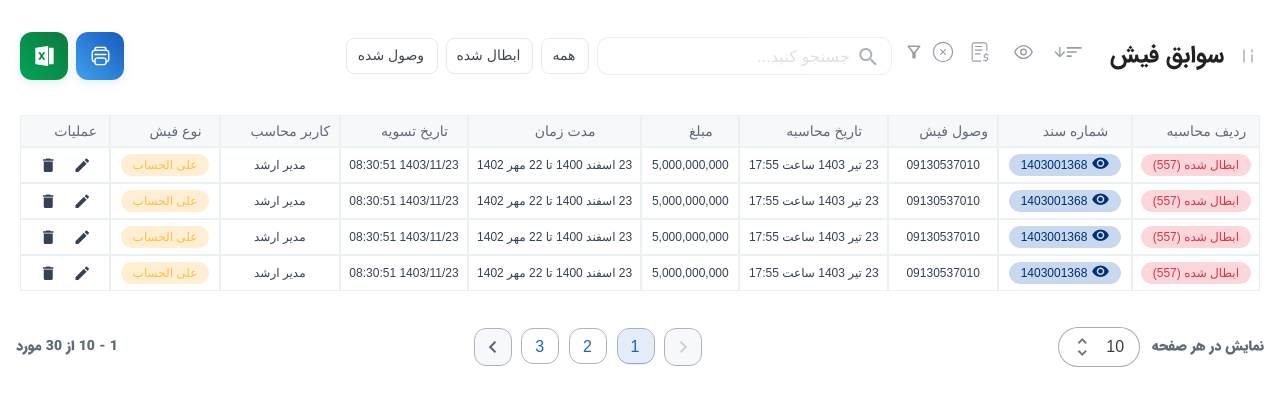
Repository: mobinazarein/data-table
Page: /
These files come from the project's save history. The page is drawn as it stood at one moment and after the next save; the edit follows.
The browser window is 1280 px wide. The pictures show the whole page.
Some web fonts or font styles are not loaded; a fallback is used. The project was rebuilt for these pictures with package versions that can differ from the ones it lists, and the page was loaded fresh each time. Also part of the build but not shown: vue.config.js.

Above is the page before, as saved 2025-03-26 11:43:48.

### public/index.html
<!DOCTYPE html>
<html lang="en" dir="rtl">
  <head>
    <meta charset="utf-8">
    <meta http-equiv="X-UA-Compatible" content="IE=edge">
    <meta name="viewport" content="width=device-width,initial-scale=1.0">
    <link rel="icon" href="<%= BASE_URL %>favicon.ico">
    <title><%= htmlWebpackPlugin.options.title %></title>
  </head>
  <body>
    <noscript>
      <strong>We're sorry but <%= htmlWebpackPlugin.options.title %> doesn't
        work properly without JavaScript enabled. Please enable it to
        continue.</strong>
    </noscript>
    <div id="app"></div>
    <!-- built files will be auto injected -->
  </body>
</html>

### src/App.vue
<template>
  <v-app dir="rtl">
    <v-locale-provider :rtl="true">
      <div dir="rtl">
        <DataTable :headers="pageData.headers" :items="pageData.items" :showExportButtons="true" :itemsPerPage="20"
          :showSearchBtn="true" :items-per-page="10" :customStyles="[
            { key: 'row', bgColor: '#FFEEF0', textColor: '#DC3545' },
            { key: 'documentNumber', bgColor: '#E4EFFF', textColor: '#013075', icon: 'mdi-eye', iconColor: '#013075', iconSize: '18px' },
            { key: 'receiptType', bgColor: '#FFBE4C26', textColor: '#FFBE4C' }
          ]" title="سوابق فیش" :iconComponent="PauseIcon"
          :iconList="[PaginationIcon, EyeIcon, InvoiceIcon, CircleCross, FilterIcon]"
          :mobileIconList="[PaginationIcon, EyeIcon, InvoiceIcon, CircleCross, FilterIcon, PrinterIcon, ExcelIcon]"
          :buttons="pageData.buttonList" :mobileFilterButtons="pageData.mobileBtn" :actions="actions" />
      </div>
    </v-locale-provider>
  </v-app>
</template>

<script setup>
import DataTable from './components/DataTable.vue';
import PauseIcon from './assets/Icons/PauseIcon.vue';
import PaginationIcon from '@/assets/Icons/PaginationIcon.vue';
import EyeIcon from '@/assets/Icons/EyeIcon.vue';
import InvoiceIcon from '@/assets/Icons/InvoiceIcon.vue';
import CircleCross from '@/assets/Icons/CircleCross.vue';
import FilterIcon from '@/assets/Icons/FilterIcon.vue';
import PrinterIcon from '@/assets/Icons/PrinterIcon.vue';
import ExcelIcon from '@/assets/Icons/ExcelIcon.vue';
import { ref } from 'vue';
const pageData = ref({
  headers: [
    { title: 'ردیف محاسبه', key: 'row', align: 'center', sortable: true, width: '121px' },
    { title: 'شماره سند', key: 'documentNumber', align: 'center', sortable: true, width: '165px' },
    { title: 'وصول فیش', key: 'receiptStatus', align: 'center', sortable: true, width: '139px' },
    { title: 'تاریخ محاسبه', key: 'calculationDate', align: 'center', sortable: true, width: '159px' },
    { title: 'مبلغ', key: 'amount', align: 'center', sortable: true, width: '139px' },
    { title: 'مدت زمان', key: 'duration', align: 'center', sortable: true, width: '165px' },
    { title: 'تاریخ تسویه', key: 'settlementDate', align: 'center', sortable: true, width: '139px' },
    { title: 'کاربر محاسب', key: 'user', align: 'center', sortable: true, width: '139px' },
    { title: 'نوع فیش', key: 'receiptType', align: 'center', sortable: true, width: '139px' },
    { title: 'عملیات', key: 'actions', align: 'center', sortable: true, width: '139px' }
  ],
  items: [
    {
      row: 'ابطال شده (557)',
      documentNumber: '1403001368',
      receiptStatus: '09130537010',
      calculationDate: '23 تیر 1403 ساعت 17:55',
      amount: '5,000,000,000',
      duration: '23 اسفند 1400 تا 22 مهر 1402',
      settlementDate: '1403/11/23 08:30:51',
      user: 'مدیر ارشد',
      receiptType: 'علی الحساب',
    },
    {
      row: 'ابطال شده (557)',
      documentNumber: '1403001368',
      receiptStatus: '09130537010',
      calculationDate: '23 تیر 1403 ساعت 17:55',
      amount: '5,000,000,000',
      duration: '23 اسفند 1400 تا 22 مهر 1402',
      settlementDate: '1403/11/23 08:30:51',
      user: 'مدیر ارشد',
      receiptType: 'علی الحساب'
    },
    {
      row: 'ابطال شده (557)',
      documentNumber: '1403001368',
      receiptStatus: '09130537010',
      calculationDate: '23 تیر 1403 ساعت 17:55',
      amount: '5,000,000,000',
      duration: '23 اسفند 1400 تا 22 مهر 1402',
      settlementDate: '1403/11/23 08:30:51',
      user: 'مدیر ارشد',
      receiptType: 'علی الحساب'
    }, {
      row: 'ابطال شده (557)',
      documentNumber: '1403001368',
      receiptStatus: '09130537010',
      calculationDate: '23 تیر 1403 ساعت 17:55',
      amount: '5,000,000,000',
      duration: '23 اسفند 1400 تا 22 مهر 1402',
      settlementDate: '1403/11/23 08:30:51',
      user: 'مدیر ارشد',
      receiptType: 'علی الحساب'
    }
  ],
  buttonList: [
    { label: 'همه', width: 48 },
    { label: 'ابطال شده', width: 87 },
    { label: 'وصول شده', width: 92 },
  ],
  mobileBtn: [
    { label: "همه", width: 44, borderRadius: 62 },
    { label: "ابطال شده", width: 80, borderRadius: 42 },
    { label: "وصول شده", width: 89, borderRadius: 42 }
  ]
}).value;
const actions = [
  { icon: 'mdi-pencil', method: editItem },
  { icon: 'mdi-delete', method: deleteItem },
];
function editItem() {
  console.log('edit');
}
function deleteItem() {
  console.log('delete');

}
</script>
<style>
body {
  font-family: "IRANSans", sans-serif;
}
</style>

### src/assets/base.scss
// @import "./styles/fonts";

*,
*::before,
*::after {
  box-sizing: border-box;
  margin: 0;
  font-weight: normal;
  font-family: "IRANSans", sans-serif;
  letter-spacing: 0;
}

body {
  font-family: "IRANSans", sans-serif !important;
}
h1,
h2 {
  font-family: "IRANSans", sans-serif;
  font-weight: 700;
}
p {
  font-family: "IRANSans", sans-serif;
  font-weight: 400;
}
.v-field.v-field--center-affix.v-field--prepended.v-field--variant-outlined.v-theme--light.v-locale--is-rtl {
  border-radius: 12px !important;
}
.v-field__prepend-inner {
  color: #737993;
}

label.v-label.v-field-label {
  color: #c7cacf;
}

.v-field.v-field--center-affix.v-field--prepended.v-field--variant-outlined.v-theme--light.v-locale--is-rtl {
  color: #77787f4d;
}
/* .v-table__wrapper {
  overflow: hidden;
} */
.v-data-table thead {
  background-color: #f6f8fa !important;
  width: 138.41665649414062px;
  height: 32px !important;
}

.v-data-table thead th {
  height: 32px !important;
  color: #5f6b7a !important;
  font-weight: 700 !important;
  border: 1px solid #eaf1f2 !important;
  padding: 0 8px !important;
}

.v-data-table tbody tr td {
  height: 32px !important;
  color: #364153 !important;
  font-weight: 500 !important;
  border: 1px solid #eaf1f2 !important;
  white-space: nowrap !important;
  overflow: hidden !important;
  text-overflow: ellipsis !important;
  height: 32px !important;
  padding: 0 8px !important;
  font-size: 12px !important;
  padding: 0 8px !important;
  font-weight: 400 !important;
}

.v-data-table tbody tr {
  height: 32px !important;
}

td.v-data-table__td.v-data-table-column--align-center {
  font-size: 12px !important;
  height: 32px !important;
}

th {
  white-space: nowrap;
}

.custom-pagination .v-pagination__item {
  border-radius: 12px !important;
  min-width: 36px !important;
  height: 36px !important;
  font-size: 14px !important;
  color: #5b6176 !important;
  border: 1px solid #aeb2c0 !important;
}

.custom-pagination .v-pagination__item--active {
  border-radius: 12px !important;
  min-width: 36px !important;
  height: 36px !important;
  background-color: #b8dada !important;
  color: #148976 !important;
  border: 1px solid #148976 !important;
  font-weight: bold !important;
  box-shadow: none !important;
}
button.v-btn.v-btn--icon.v-theme--light.text-primary.v-btn--density-comfortable.v-btn--rounded.v-btn--size-default.v-btn--variant-text {
  border-radius: 12px !important;
}

.custom-pagination .v-pagination__prev,
.custom-pagination .v-pagination__next {
  border-radius: 12px !important;
  background-color: #f6f8fa !important;
  color: #5b6176 !important;
  border: 1px solid #aeb2c0 !important;
}
.mdi-chevron-right::before {
  color: #5b6176 !important;
}

.mdi-chevron-left::before {
  color: #5b6176 !important;
}

.custom-pagination .v-pagination__prev:hover,
.custom-pagination .v-pagination__next:hover,
.custom-pagination .v-pagination__prev:focus,
.custom-pagination .v-pagination__next:focus,
.custom-pagination .v-pagination__prev.v-pagination__item--active,
.custom-pagination .v-pagination__next.v-pagination__item--active {
  border: 1px solid #148976 !important;
  color: #148976 !important;
}

.custom-pagination .v-pagination__item--active,
.custom-pagination .v-pagination__item:focus {
  border-radius: 12px !important;
  min-width: 36px !important;
  height: 36px !important;
  background-color: #d8eef2 !important;
  color: #148976 !important;
  border: 1px solid #148976 !important;
  font-weight: bold !important;
}

.custom-pagination .v-pagination__item:hover {
  border: 1px solid #148976 !important;
  color: #148976 !important;
}

.custom-pagination .v-pagination__prev:hover,
.custom-pagination .v-pagination__next:hover {
  border: 1px solid #148976 !important;
  color: #148976 !important;
}

### src/assets/Icons/PauseIcon.vue
<template>
    <svg width="24" height="24" viewBox="0 0 24 24" fill="none" xmlns="http://www.w3.org/2000/svg">
        <path d="M8 6V18M16 6V8M16 18V11" stroke="#ADB0B4" stroke-width="1.5" stroke-linecap="round"
            stroke-linejoin="round" />
    </svg>
</template>

### src/assets/Icons/PaginationIcon.vue
<template>
    <svg width="36" height="48" viewBox="0 0 36 48" fill="none" xmlns="http://www.w3.org/2000/svg">
<path d="M9.79481 19.4529V28.5469M9.79481 28.5469L14.3418 23.9999M9.79481 28.5469L5.2478 23.9999" stroke="#969CA6" stroke-width="1.29915" stroke-linecap="round" stroke-linejoin="round"/>
<path d="M16.7693 28.9231H21.6924V27.282H16.7693V28.9231ZM16.7693 19.0769V20.7179H31.5385V19.0769H16.7693ZM16.7693 24.8205H26.6154V23.1795H16.7693V24.8205Z" fill="#969CA6"/>
</svg>
</template>

### src/assets/Icons/EyeIcon.vue
<template>
    <svg width="37" height="48" viewBox="0 0 37 48" fill="none" xmlns="http://www.w3.org/2000/svg">
<path d="M18.5 17.5833C21.4713 17.5833 24.0781 19.7396 25.7446 21.5522C26.4843 22.3568 26.8542 22.7591 26.979 23.5925C27.0096 23.7966 27.0096 24.2033 26.979 24.4073C26.8542 25.2407 26.4843 25.643 25.7446 26.4477C24.0781 28.2603 21.4713 30.4166 18.5 30.4166C15.5288 30.4166 12.922 28.2603 11.2555 26.4477C10.5158 25.643 10.1459 25.2407 10.0211 24.4073C9.99049 24.2033 9.99049 23.7966 10.0211 23.5925C10.1459 22.7591 10.5158 22.3568 11.2555 21.5522C12.922 19.7396 15.5288 17.5833 18.5 17.5833Z" stroke="#969CA6" stroke-width="1.375" stroke-linejoin="round"/>
<path d="M21.25 24C21.25 25.5188 20.0188 26.75 18.5 26.75C16.9812 26.75 15.75 25.5188 15.75 24C15.75 22.4812 16.9812 21.25 18.5 21.25C20.0188 21.25 21.25 22.4812 21.25 24Z" stroke="#969CA6" stroke-width="1.375" stroke-linejoin="round"/>
</svg>
</template>

### src/assets/Icons/InvoiceIcon.vue
<template>
    <svg width="35" height="48" viewBox="0 0 35 48" fill="none" xmlns="http://www.w3.org/2000/svg">
<path d="M26.6666 26.1999H23.9166V27.2999H26.6666V26.1999ZM23.9166 26.1999H23.4583V27.2999H23.9166V26.1999ZM23.4583 30.0499H24.375V28.9499H23.4583V30.0499ZM24.375 31.6999H23.9166V32.7999H24.375V31.6999ZM23.9166 31.6999H21.1666V32.7999H23.9166V31.6999ZM25.2 30.8749C25.2 31.3306 24.8306 31.6999 24.375 31.6999V32.7999C25.4381 32.7999 26.3 31.9381 26.3 30.8749H25.2ZM24.375 30.0499C24.8306 30.0499 25.2 30.4193 25.2 30.8749H26.3C26.3 29.8118 25.4381 28.9499 24.375 28.9499V30.0499ZM21.5333 28.1249C21.5333 29.1881 22.3951 30.0499 23.4583 30.0499V28.9499C23.0027 28.9499 22.6333 28.5806 22.6333 28.1249H21.5333ZM23.4583 26.1999C22.3951 26.1999 21.5333 27.0618 21.5333 28.1249H22.6333C22.6333 27.6693 23.0027 27.2999 23.4583 27.2999V26.1999ZM24.4666 26.7499V24.9166H23.3666V26.7499H24.4666ZM23.3666 32.2499V34.0833H24.4666V32.2499H23.3666ZM13.8333 15.3833H21.1666V14.2833H13.8333V15.3833ZM19.3333 32.6166H13.8333V33.7166H19.3333V32.6166ZM10.7166 29.4999V18.4999H9.61663V29.4999H10.7166ZM13.8333 32.6166C12.9535 32.6166 12.349 32.6154 11.8949 32.5544C11.4567 32.4954 11.2418 32.39 11.0925 32.2407L10.3147 33.0185C10.7024 33.4062 11.1881 33.5692 11.7483 33.6446C12.2928 33.7178 12.9846 33.7166 13.8333 33.7166V32.6166ZM9.61663 29.4999C9.61663 30.3486 9.61546 31.0405 9.68865 31.5849C9.76397 32.1451 9.92698 32.6308 10.3147 33.0185L11.0925 32.2407C10.9432 32.0914 10.8378 31.8766 10.7788 31.4383C10.7178 30.9842 10.7166 30.3797 10.7166 29.4999H9.61663ZM21.1666 15.3833C22.0464 15.3833 22.6509 15.3844 23.105 15.4455C23.5433 15.5044 23.7582 15.6099 23.9074 15.7591L24.6852 14.9813C24.2975 14.5936 23.8118 14.4306 23.2516 14.3553C22.7072 14.2821 22.0153 14.2833 21.1666 14.2833V15.3833ZM25.3833 18.4999C25.3833 17.6512 25.3845 16.9594 25.3113 16.415C25.2359 15.8547 25.0729 15.369 24.6852 14.9813L23.9074 15.7591C24.0567 15.9084 24.1622 16.1233 24.2211 16.5615C24.2821 17.0156 24.2833 17.6201 24.2833 18.4999H25.3833ZM13.8333 14.2833C12.9846 14.2833 12.2928 14.2821 11.7483 14.3553C11.1881 14.4306 10.7024 14.5936 10.3147 14.9813L11.0925 15.7591C11.2418 15.6099 11.4567 15.5044 11.8949 15.4455C12.349 15.3844 12.9535 15.3833 13.8333 15.3833V14.2833ZM10.7166 18.4999C10.7166 17.6201 10.7178 17.0156 10.7788 16.5615C10.8378 16.1233 10.9432 15.9084 11.0925 15.7591L10.3147 14.9813C9.92698 15.369 9.76397 15.8547 9.68865 16.415C9.61546 16.9594 9.61663 17.6512 9.61663 18.4999H10.7166ZM24.2833 18.4999V23.0833H25.3833V18.4999H24.2833ZM12.9166 19.0499H20.25V17.9499H12.9166V19.0499ZM12.9166 22.7166H20.25V21.6166H12.9166V22.7166ZM12.9166 26.3833H18.4166V25.2833H12.9166V26.3833Z" fill="#969CA6"/>
</svg>
</template>

### src/assets/Icons/CircleCross.vue
<template>
    <svg width="22" height="22" viewBox="0 0 21 20" fill="none" xmlns="http://www.w3.org/2000/svg">
        <path
            d="M7.90736 7.40719L13.0928 12.5926M13.0927 7.40719L7.90726 12.5926M19.6667 9.99992C19.6667 15.0625 15.5627 19.1666 10.5 19.1666C5.43743 19.1666 1.33337 15.0625 1.33337 9.99992C1.33337 4.93731 5.43743 0.833252 10.5 0.833252C15.5627 0.833252 19.6667 4.93731 19.6667 9.99992Z"
            stroke="#969CA6" stroke-width="1.1" />
    </svg>
</template>

### src/assets/Icons/FilterIcon.vue
<template>
    <svg width="20" height="20" viewBox="0 0 20 20" fill="none" xmlns="http://www.w3.org/2000/svg">
<path d="M5.90159 5.07682H14.1067L9.99595 10.246L5.90159 5.07682ZM3.64518 4.75682C5.30262 6.88194 8.36313 10.8204 8.36313 10.8204V15.7435C8.36313 16.1948 8.73236 16.564 9.18364 16.564H10.8247C11.276 16.564 11.6452 16.1948 11.6452 15.7435V10.8204C11.6452 10.8204 14.6975 6.88194 16.3549 4.75682C16.7734 4.21528 16.3877 3.43579 15.7067 3.43579H4.29339C3.61236 3.43579 3.22672 4.21528 3.64518 4.75682Z" fill="#969CA6"/>
</svg>
</template>

### src/assets/Icons/PrinterIcon.vue
<template>
    <svg
      width="23"
      height="24"
      viewBox="0 0 23 24"
      fill="none"
      xmlns="http://www.w3.org/2000/svg"
      :style="{ color: iconColor }"
    >
      <path
        d="M6 10.5641H17M6 17.7447V17.7447C5.66891 17.7447 5.50337 17.7447 5.36418 17.7283C4.26359 17.599 3.39569 16.7311 3.26636 15.6305C3.25 15.4913 3.25 15.3257 3.25 14.9947V10.5641C3.25 8.76909 3.25 7.87158 3.70712 7.24241C3.85475 7.03921 4.03345 6.86052 4.23664 6.71289C4.86582 6.25577 5.76332 6.25577 7.55833 6.25577H15.4417C17.2367 6.25577 18.1342 6.25577 18.7634 6.71289C18.9666 6.86052 19.1452 7.03921 19.2929 7.24241C19.75 7.87158 19.75 8.76909 19.75 10.5641V14.9947C19.75 15.3257 19.75 15.4913 19.7336 15.6305C19.6043 16.7311 18.7364 17.599 17.6358 17.7283C17.4966 17.7447 17.3311 17.7447 17 17.7447V17.7447M6 17.7447V17.7447C6 18.6368 6 19.0829 6.14576 19.4348C6.3401 19.904 6.71286 20.2768 7.18205 20.4711C7.53393 20.6169 7.98003 20.6169 8.87222 20.6169H14.1278C15.02 20.6169 15.4661 20.6169 15.818 20.4711C16.2871 20.2768 16.6599 19.904 16.8542 19.4348C17 19.0829 17 18.6368 17 17.7447V17.7447M6 17.7447V17.3617C6 15.9257 6 15.2077 6.3657 14.7043C6.4838 14.5418 6.62676 14.3988 6.78931 14.2807C7.29265 13.915 8.01066 13.915 9.44667 13.915H13.5533C14.9893 13.915 15.7073 13.915 16.2107 14.2807C16.3732 14.3988 16.5162 14.5418 16.6343 14.7043C17 15.2077 17 15.9257 17 17.3617V17.7447M17 6.25577V6.25577C17 5.36358 17 4.91748 16.8542 4.56559C16.6599 4.09641 16.2871 3.72364 15.818 3.5293C15.4661 3.38354 15.02 3.38354 14.1278 3.38354H8.87222C7.98003 3.38354 7.53393 3.38354 7.18205 3.5293C6.71286 3.72364 6.3401 4.09641 6.14576 4.56559C6 4.91748 6 5.36358 6 6.25577V6.25577H17Z"
        stroke="currentColor"
        stroke-width="1.43611"
        stroke-linecap="round"
        stroke-linejoin="round"
      />
    </svg>
  </template>

  <script setup>
  import { defineProps } from 'vue';

  defineProps({
    iconColor: {
      type: String,
      default: 'white',
    },
  });
  </script>

### src/assets/Icons/ExcelIcon.vue
<template>
    <svg
      width="23"
      height="22"
      viewBox="0 0 23 22"
      fill="none"
      xmlns="http://www.w3.org/2000/svg"
      :style="{ color: iconColor }"
    >
      <g clip-path="url(#clip0_397_6997)">
        <path
          d="M3.12085 2.63712L14.6434 0.991705C14.7084 0.982376 14.7747 0.987136 14.8377 1.00566C14.9007 1.02419 14.959 1.05604 15.0087 1.09908C15.0583 1.14211 15.0981 1.19531 15.1254 1.25507C15.1527 1.31483 15.1668 1.37976 15.1668 1.44546V20.5543C15.1668 20.6199 15.1527 20.6847 15.1254 20.7444C15.0982 20.8041 15.0585 20.8573 15.009 20.9003C14.9594 20.9433 14.9012 20.9752 14.8383 20.9938C14.7754 21.0124 14.7092 21.0172 14.6443 21.008L3.11994 19.3626C2.90142 19.3315 2.70147 19.2226 2.55682 19.0559C2.41216 18.8892 2.33252 18.6758 2.33252 18.4551V3.54462C2.33252 3.3239 2.41216 3.11059 2.55682 2.94388C2.70147 2.77716 2.90234 2.66824 3.12085 2.63712ZM16.0834 2.74987H19.7501C19.9932 2.74987 20.2264 2.84645 20.3983 3.01836C20.5702 3.19027 20.6668 3.42342 20.6668 3.66654V18.3332C20.6668 18.5763 20.5702 18.8095 20.3983 18.9814C20.2264 19.1533 19.9932 19.2499 19.7501 19.2499H16.0834V2.74987ZM9.8501 10.9999L12.4168 7.33321H10.2168L8.7501 9.42871L7.28344 7.33321H5.08344L7.6501 10.9999L5.08344 14.6665H7.28344L8.7501 12.571L10.2168 14.6665H12.4168L9.8501 10.9999Z"
          fill="currentColor"
        />
      </g>
      <defs>
        <clipPath id="clip0_397_6997">
          <rect width="22" height="22" fill="white" transform="translate(0.5)" />
        </clipPath>
      </defs>
    </svg>
  </template>

  <script setup>
  import { defineProps } from 'vue';

  defineProps({
    iconColor: {
      type: String,
      default: 'white',
    },
  });
  </script>

### src/assets/styles/_fonts.scss
@font-face {
  font-family: "IRANSans";
  src: url("/public/fonts/IRANSans.woff2") format("woff2");
  font-weight: 400;
  font-style: normal;
  font-display: swap;
}

@font-face {
  font-family: "IRANSans";
  src: url("/public/fonts/IRANSans_Black.woff2") format("woff2");
  font-weight: 500;
  font-style: normal;
  font-display: swap;
}

@font-face {
  font-family: "IRANSans";
  src: url("/public/fonts/IRANSans_Bold.woff2") format("woff2");
  font-weight: 800;
  font-style: normal;
  font-display: swap;
}

Loaded but not shown: src/plugins/vuetify.js (17 lines, source omitted); src/main.js (9 lines, source omitted); src/components/DataTable.vue (235 lines, source omitted)

After the next save:
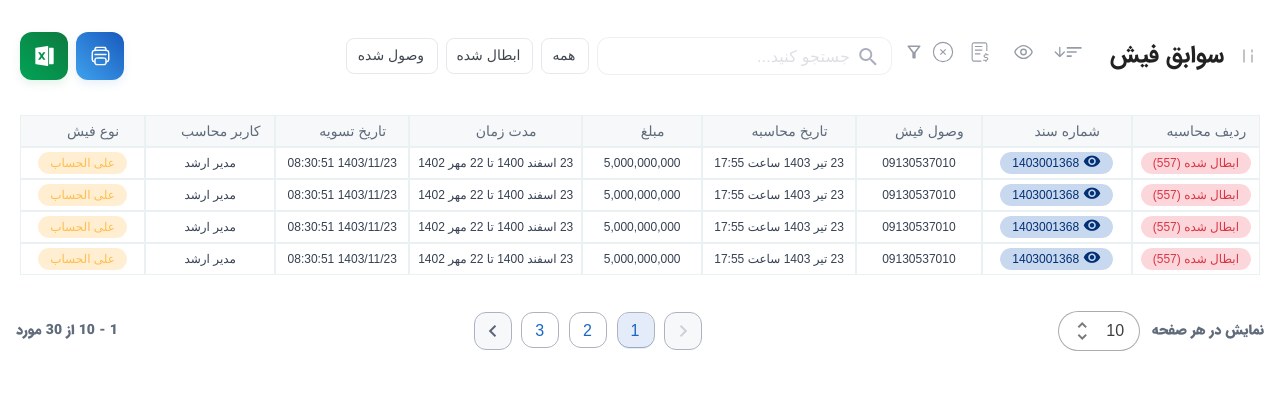
Saved 4 min 49 s later.
--- a/src/App.vue
+++ b/src/App.vue
@@ -38,7 +38,7 @@ const pageData = ref({
     { title: 'تاریخ تسویه', key: 'settlementDate', align: 'center', sortable: true, width: '139px' },
     { title: 'کاربر محاسب', key: 'user', align: 'center', sortable: true, width: '139px' },
     { title: 'نوع فیش', key: 'receiptType', align: 'center', sortable: true, width: '139px' },
-    { title: 'عملیات', key: 'actions', align: 'center', sortable: true, width: '139px' }
+    // { title: 'عملیات', key: 'actions', align: 'center', sortable: true, width: '139px' }
   ],
   items: [
     {
